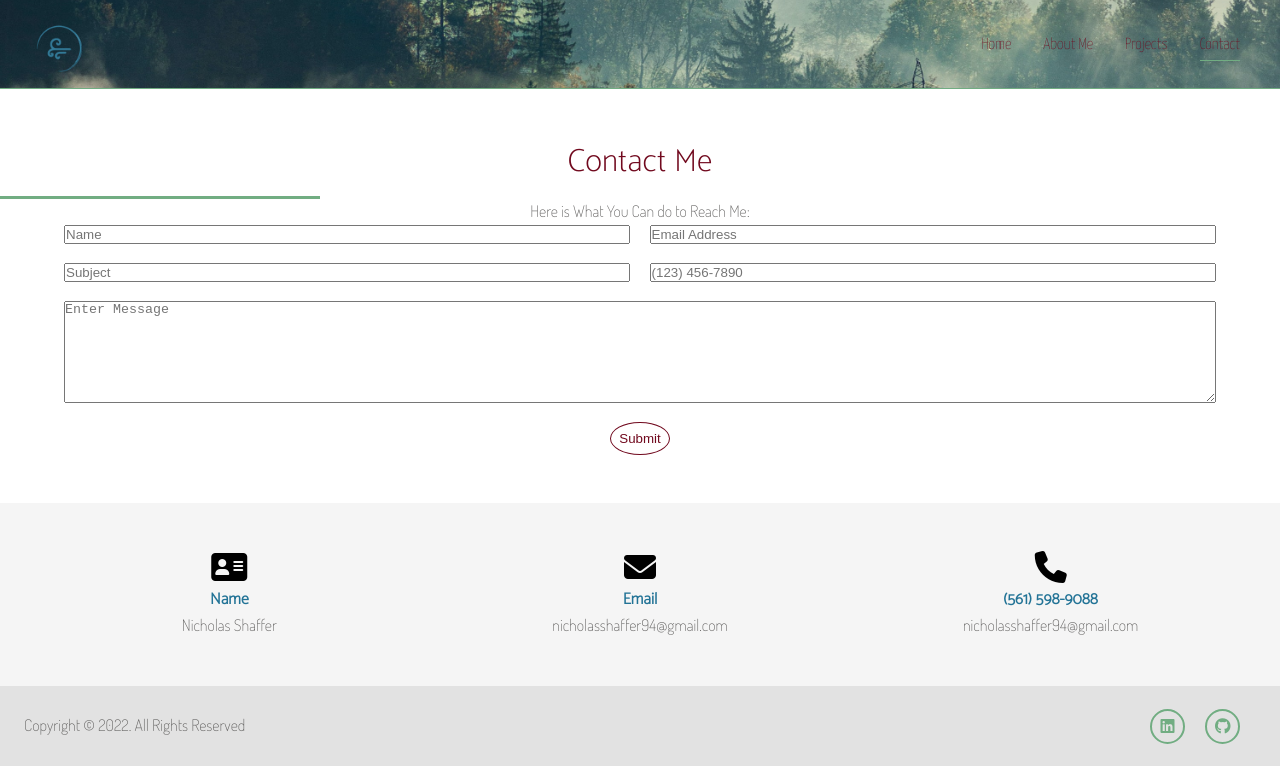
Repository: TrellixVulnTeam/pre-work_928R
Page: deploy/contact.html
An editor plug-in stored every save of this project. The page is shown before and after the next save, followed by the edit.
The browser window is 1280 px wide. The pictures show the whole page.
Some web libraries are served in a nearby version. The style sheet was rebuilt from its Sass, Less or Tailwind sources for each picture, by a compiler version that may differ from the author's.

Above is the page before, as saved 2022-04-20 14:19:50.

### deploy/contact.html
<!DOCTYPE html>
<html lang="en">
  <head>
    <meta charset="UTF-8" />
    <meta http-equiv="X-UA-Compatible" content="IE=edge" />
    <meta name="viewport" content="width=device-width, initial-scale=1.0, minimum-scale=1, maximum-scale=1" />
    <title>Contact Me</title>
    <link rel="stylesheet" href="css/main.css" />
    <!-- Font Awesome -->
    <script src="https://kit.fontawesome.com/5331b7bb54.js" crossorigin="anonymous"></script>

    <!--
        Free Icons:
        <a href="https://www.flaticon.com/free-icons/brain" title="brain icons">Brain icons created by Smashicons - Flaticon</a>
    -->

    <!-- Google Fonts -->
    <style>
      @import url("https://fonts.googleapis.com/css2?family=Catamaran:wght@100;200&family=Dosis:wght@200&family=Yanone+Kaffeesatz:wght@200&display=swap");
    </style>
  </head>

  <!-- Main -->
  <body>
    <header id="header-inner">
      <div class="container">
        <nav id="main-nav">
          <img src="img/logo_watermark.png" alt="logo image" id="logo" />
          <ul>
            <li><a href="index.html">Home</a></li>
            <li><a href="about.html">About Me</a></li>
            <li><a href="projects.html">Projects</a></li>
            <li><a href="contact.html" class="current">Contact</a></li>
          </ul>
        </nav>
      </div>
    </header>

    <!-- Contact Form -->
    <section id="contact-a" class="text-center py-3">
      <div class="container"><h2 class="section-title">Contact Me</h2></div>
      <div class="underline"></div>
      <p class="lead">Here is What You Can do to Reach Me:</p>
      <form>
        <div class="fields">
          <input type="text" class="text-input name-input" placeholder="Name" />
          <input type="text" class="text-input subject-input" placeholder="Subject" />
          <input type="email" class="text-input email-input" placeholder="Email Address" />
          <input type="text" class="text-input phone-input" placeholder="(123) 456-7890" />
          <textarea class="text-input message-input" placeholder="Enter Message"></textarea>
        </div>
        <button type="submit" class="btn-main">Submit</button>
      </form>
    </section>

    <!-- My Contact Info -->
    <section id="contact-b" class="py-3">
      <div class="container">
        <div class="contact-info">
          <div>
            <i class="fas fa-address-card fa-2x"></i>
            <h3>Name</h3>
            <p>Nicholas Shaffer</p>
          </div>
          <div>
            <i class="fa fa-envelope fa-2x"></i>
            <h3>Email</h3>
            <p>nicholasshaffer94@gmail.com</p>
          </div>
          <div>
            <i class="fa fa-phone fa-2x"></i>
            <h3>(561) 598-9088</h3>
            <p>nicholasshaffer94@gmail.com</p>
          </div>
        </div>
      </div>
    </section>

    <!-- Footer -->
    <footer id="main-footer">
      <div class="footer-content container">
        <p>Copyright &copy; 2022. All Rights Reserved</p>
        <div class="social"><i class="fab fa-linkedin"></i> <i class="fab fa-github"></i></div>
      </div>
    </footer>
  </body>
</html>

### scss/main.scss
@import 'config';

// General Stylings
* {
    margin: 0;
    padding: 0;
}

body {
    line-height: 1.6;
}

a, li {
    text-decoration: none;
    color: $mainText;
    font-family: 'Yanone Kaffeesatz', sans-serif;
}

h1 {
    color: $mainText;
    font-size: xx-large;
    font-family: 'Catamaran', sans-serif;
}

h2 {
    color: $mainText;
    font-size: larger;
    font-family: 'Catamaran', sans-serif;
}

h3 {
    color: $tertiaryText;
    font-size: medium;
    font-family: 'Catamaran',
    sans-serif;
}

p {
    color: $secondaryText;
    font-size: medium;
    font-family: 'Dosis', sans-serif;
}

img {
    width: 100%;
}

// Buttons
%btn-shared {
    display: inline-block;
    padding: 0.5rem .5rem;
    transition: all 0.5s;
    border: none;
    cursor: pointer;
}

.btn {
    &-main {
        @extend %btn-shared;
        color: $mainText;
        background-color: transparent;
        border-radius: 50%;
        border: 1px $mainText solid;
    }
}

button[class^='btn-']:hover,
a[class^='btn-']:hover {
    background-color: $styleText;
}

// Responsive queries

// Mobile Devices
@media (max-width: 600px) {
    #header-home {
        height: 15rem;

        .header-content {
            padding-top: 5rem;
        }
    }
}

// Smart phones
@media (max-width: 800px) {
    #main-nav {
        flex-direction: column;
        align-items: center;

        li {
            padding: 1rem;
        }
    }

    #header {
        &-home {
            height: 10rem;
            border-bottom: 1px solid $styleText;
            background-position: 20% 30%;

            .header-content {
                display: none;
            }
        }

        &-inner {
            height: 10rem;
        }
    }

    // Stack Grid Columns
    #home-a .specials,
    .about-me, .profile,
    .fields {
        grid-template-columns: 1fr;
    }

    #home {
        &-a {
            .specials div {
                border-bottom: 1px $mainText solid;

                &:last-child {
                    border: none;
                    padding-bottom: 0;
                }
            }
        }
    }

    // About
    #about {
        &-a {
            .about-info {
                grid-template-areas:
                    'bio-img'
                    'bio'
                ;

                .bio-img {
                    display: block;
                    margin: 1rem auto;
                }

                .bio {
                    border: none;
                }
            }
        }
    }




    // Footer
    #main-footer {
        height: 7rem;

        .footer-content {
            flex-direction: column;
            padding: 1rem;
            height: 5rem;
        }
    }
}

### scss/config.scss
// Variables
$website-width: 1280px;
$shading: #f5f5f5;
$backdrop: #e2e2e2;
$mainText: #71091e;
$secondaryText: #605f5e;
$tertiaryText: #227396;
$styleText: #71ad82;
$bg-image: url("../img/hero_image3.jpeg");

// Utilities
.container {
    max-width: $website-width;
    padding: 0 1.5rem;
    margin: auto;
    overflow: hidden;
}

.text-center {
    text-align: center;
}

.section-title {
    font-size: 2rem;
    display: block;
    padding-bottom: 0.5rem;
    font-weight: 100;
    text-align: center;
}

// Margins, Padding, Separators
.py {
    &-1 {
        padding: 1rem 0;
    }

    &-2 {
        padding: 2rem 0;
    }

    &-3 {
        padding: 3rem 0;
    }

    &-4 {
        padding: 4rem 0;
    }
}

.px {
    &-1 {
        padding: 0 1rem;
    }

    &-2 {
        padding: 0 2rem;
    }

    &-3 {
        padding: 0 3rem;
    }

    &-4 {
        padding: 0 4rem;
    }
}

.my {
    &-1 {
        margin: 1rem 0;
    }

    &-2 {
        margin: 2rem 0;
    }

    &-3 {
        margin: 3rem 0;
    }

    &-4 {
        margin: 4rem 0;
    }
}

.underline {
    border-bottom: 3px $styleText solid;
    width: 20rem;
}

// Header
#header {

    // Home
    &-home {
        background: $bg-image no-repeat center right / cover;
        height: 100vh;
        width: 100vw;
        color: #fff;

        // Content
        .header-content {
            background: rgba(255, 255, 255, 0.6);
            text-align: center;
            padding: 20px 30px;
            line-height: 1.2;
            border-radius: 5px;
            margin: 2rem 20rem;

            /* How do I make the card bigger and size independent of the state change? */
        }

    }

    // Inner Header
    &-inner {
        background: $bg-image no-repeat 40% 50% / cover;
        border-bottom: 1px $styleText solid;
        height: 5.5rem;

    }
}

// Logo
#logo {
    width: 70px;
    height: 70px;
}

// Main Nav
#main-nav {
    display: flex;
    justify-content: space-between;
    padding-top: 1rem;

    ul {
        display: flex;
    }

    li {
        list-style: none;
        padding: 1rem 1rem;
    }

    a {
        text-decoration: none;
        color: $mainText;
        font-weight: 100;
        border-bottom: 1px transparent solid;
        padding-bottom: 0.5rem;
        transition: border-color 0.5s;

        &:hover {
            border-color: $styleText;
            color: $tertiaryText;
            font-weight: 500;
            font-size: x-large;
        }

        &.current {
            border-color: $styleText;
            font-weight: 200;
        }
    }
}

// Home Section
#home {
    &-a {
        background: $shading;

        .specials {
            margin-top: 3rem;
            display: grid;
            grid-gap: 1rem;
            grid-template-columns: repeat(4, 1fr);

            .fas {
                color: $styleText;
                padding-bottom: 0.4rem;
            }
        }
    }
}

// Footer

#main-footer {
    background: $backdrop;
    color: $styleText;
    height: 5rem;

    .footer-content {
        display: flex;
        justify-content: space-between;
        height: 5rem;
        align-items: center;
        color: $styleText;

        .social .fab {
            margin-right: 1rem;
            border: 2px $styleText solid;
            border-radius: 50%;
            height: 15px;
            width: 15px;
            line-height: 15px;
            text-align: center;
            padding: 0.5rem;

            &:hover {
                background: $mainText;
            }
        }
    }
}

// About Me
#about {
    &-a {
        .about-info {
            display: grid;
            grid-template-areas:
                'bio-img bio'
                /* Certifications will go here */
            ;
            grid-gap: 1.2rem;
            align-items: center;

            /* BACKGROUND BLUR AND IMAGE FEATURE */
        }

        .bio-img {
            grid-area: bio-img;
            height: 250px;
            width: 190px;
            border-radius: 50%;
            margin: 1rem 1rem;
            border: 1px solid $tertiaryText;
        }

        .bio {
            grid-area: bio;
            border-left: 3px solid $tertiaryText;
            padding: 1rem 1rem;
        }
    }
}

// Contact Form

#contact {
    &-a {
        .fields {
            padding: 0 4rem;
            display: grid;
            grid-template-areas:
                'name email'
                'subject phone'
                'message message'
            ;
            grid-gap: 1.2rem;
            margin-bottom: 1.2rem;

            // Grid Placement
            .name-input {
                grid-area: name;
            }
            .subject-input {
                grid-area: subject;
            }
            .email-input {
                grid-area: email;
            }
            .phone-input {
                grid-area: phone;
            }
            .message-input {
                grid-area: message;
                height: 100px;
            }
        }
    }

    &-b {
        background: $shading;

        .contact-info {
            display: grid;
            grid-template-columns: repeat(3, 1fr);
            text-align: center;
        }
    }
}

After the next save:
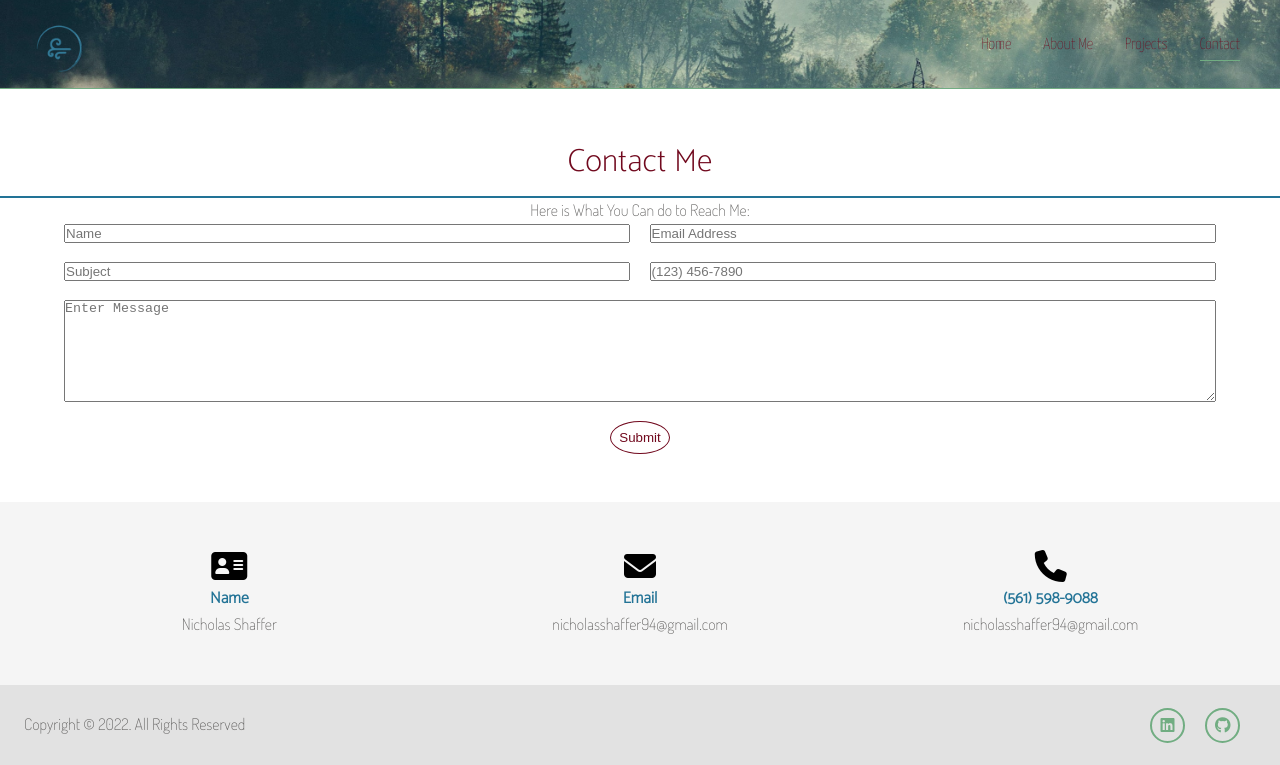
Saved 118 min 51 s later.
--- a/deploy/contact.html
+++ b/deploy/contact.html
@@ -39,7 +39,7 @@
     <!-- Contact Form -->
     <section id="contact-a" class="text-center py-3">
       <div class="container"><h2 class="section-title">Contact Me</h2></div>
-      <div class="underline"></div>
+      <div class="bottom-line" style="border-bottom: 2px solid #227396 "></div>
       <p class="lead">Here is What You Can do to Reach Me:</p>
       <form>
         <div class="fields">
